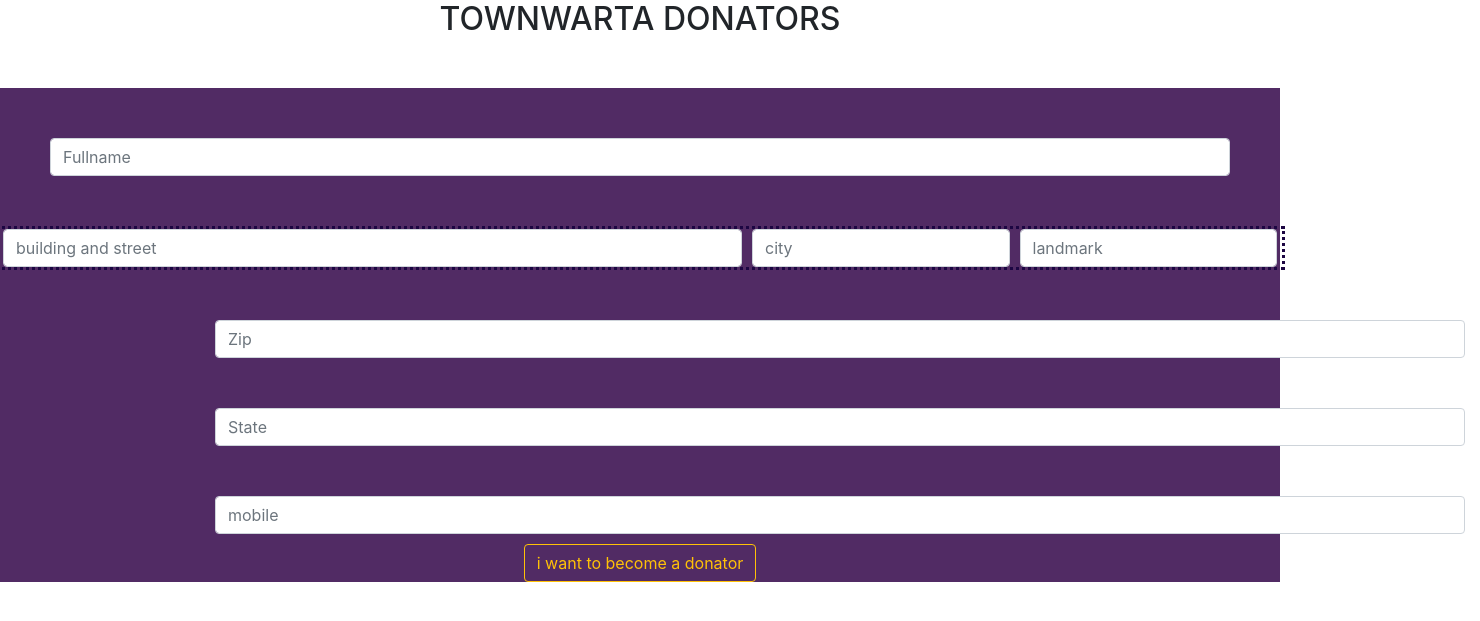
Repository: shivanand1988-28-06/townwarta
Page: http://localhost/donator/donator
The author's editor kept a copy of each file at every save. The page is drawn from the files as they stood at one save, then again after the next save.
The browser window is 1280 px wide. The page is 1480 px wide, then 1280 px, then 1480 px, so the pictures cover 1480 px, including what lies to the right of the window. The pictures show the whole page.
The page is served by the project's Node server (Townwarta.js).

Above is the page before, as saved 2022-08-31 00:52:34.

After the next save:
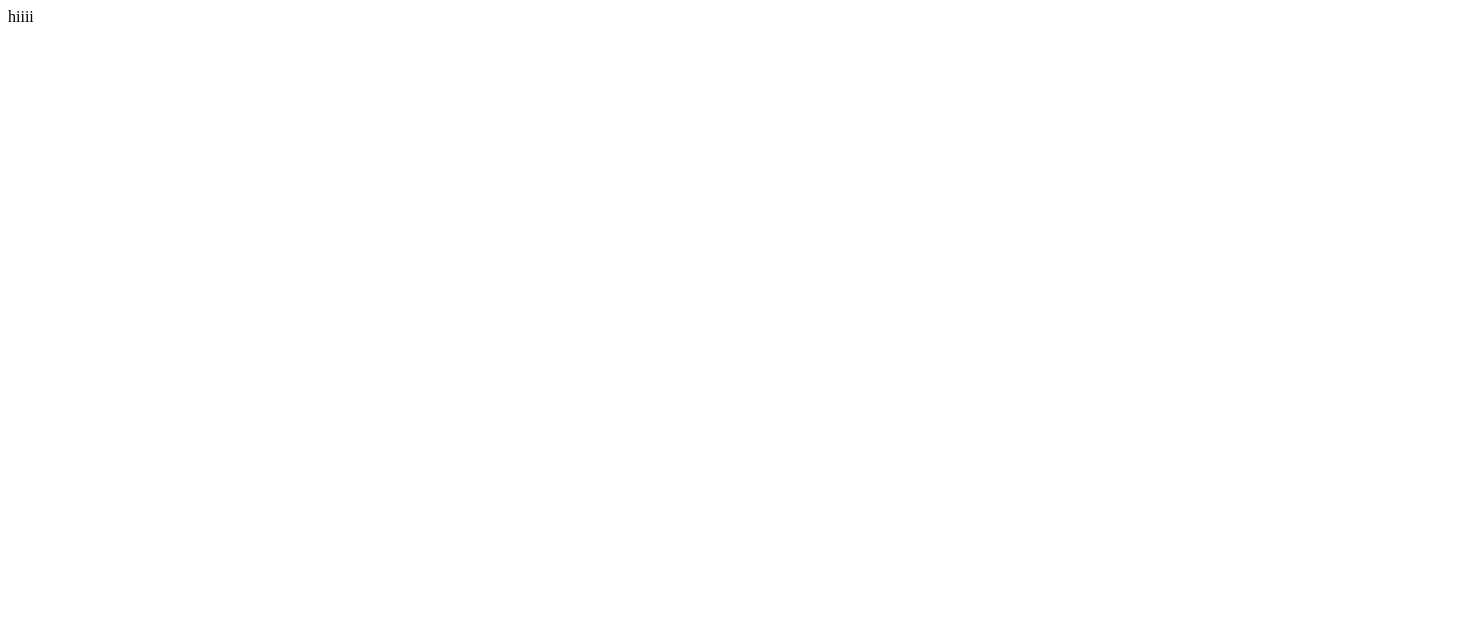
Saved 70 s later.
--- a/routes/donator.js
+++ b/routes/donator.js
@@ -11,7 +11,7 @@
 } );
 
 donatorRouter.get("/donator" , (req,res)=>{
-    res.render("articles/donator");
+    res.send("hiiii ");
 })
 
 module.exports = donatorRouter

After the save that followed:
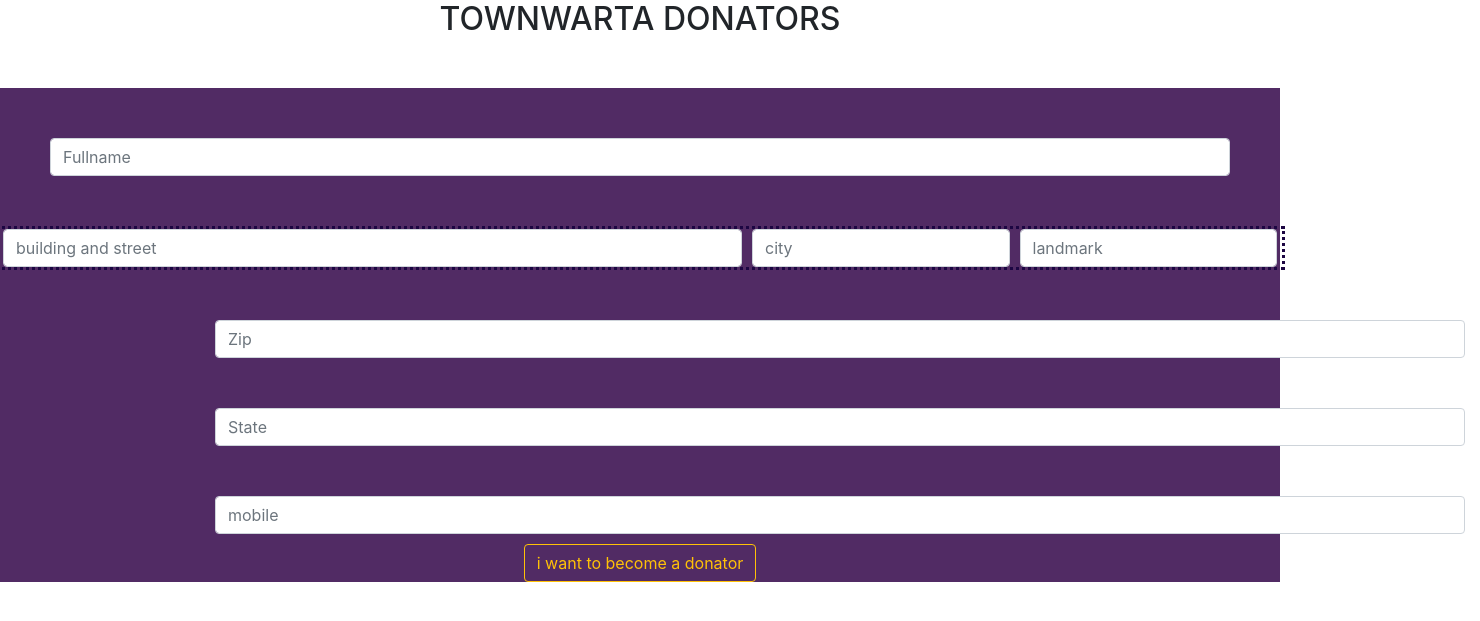
Saved 2 min 5 s later.
--- a/routes/donator.js
+++ b/routes/donator.js
@@ -11,7 +11,7 @@
 } );
 
 donatorRouter.get("/donator" , (req,res)=>{
-    res.send("hiiii ");
+    res.render("articles/donator");
 })
 
 module.exports = donatorRouter
